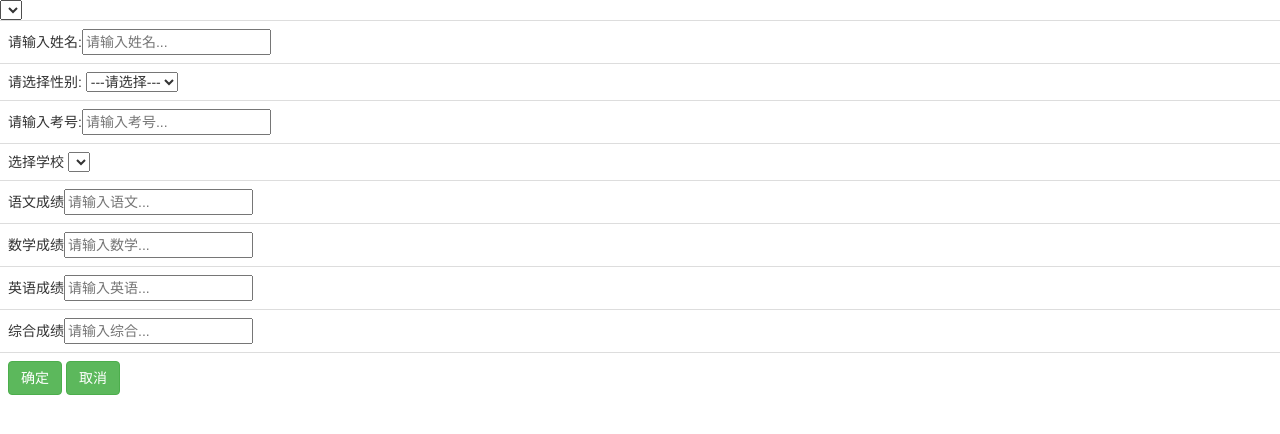
Repository: HelloChuang/HelloChuang-EclipseWorkSpace
Page: http://localhost/SpringMVCFight/stu_add.jsp
These files come from the project's save history. The page is drawn as it stood at one moment and after the next save; the edit follows.
The browser window is 1280 px wide. The pictures show the whole page.
The page is served by Tomcat 9. Nobody is signed in. The application's start-up code is not run.

Above is the page before, as saved 2018-11-05 11:58:34.

After the next save:
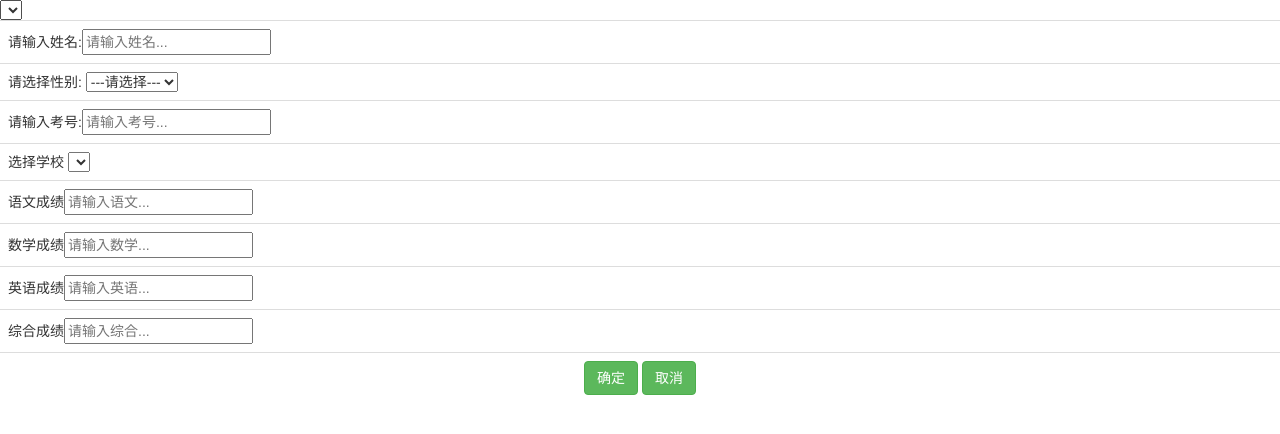
Saved 22 s later.
--- a/EclipseWorkSpace/SpringMVCFight/src/main/webapp/stu_add.jsp
+++ b/EclipseWorkSpace/SpringMVCFight/src/main/webapp/stu_add.jsp
@@ -50,7 +50,7 @@
 				<tr class="sucess"><td>英语成绩<input type="number" name="scores['英语']" required placeholder="请输入英语..."/></td></tr>
 				<tr class="sucess"><td>综合成绩<input type="number" name="scores['综合']" required placeholder="请输入综合..."/></td></tr>
 
-				<tr><td>
+				<tr align="center"><td>
 				<button class="btn btn-success" type="submit">确定</button>
 				<button class="btn btn-success" type="reset" onclick="javascript:history.go(-1);">取消</button>
 				</td>
